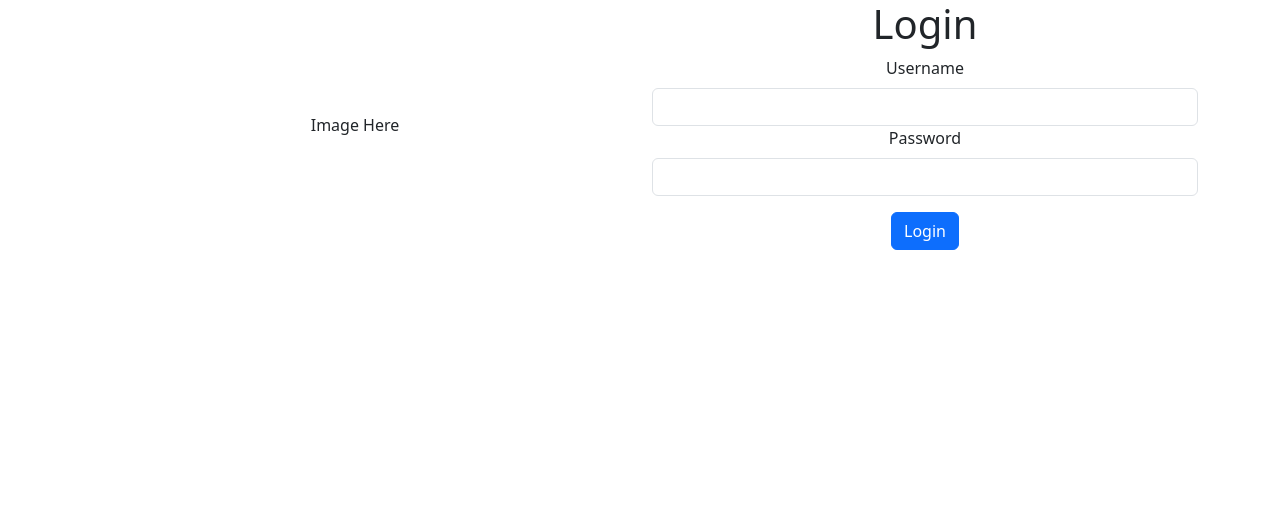
Repository: oboioz/SimpleTodoApp
Page: / (app in SimpleTodoAppFrontEnd/todo-app/)
These files come from the project's save history. The page is drawn as it stood at one moment and after the next save; the edit follows.
The browser window is 1280 px wide. The pictures show the whole page.
The project was rebuilt for these pictures with package versions that can differ from the ones it lists, and the page was loaded fresh each time.

Above is the page before, as saved 2024-04-03 19:53:30.

After the next save:
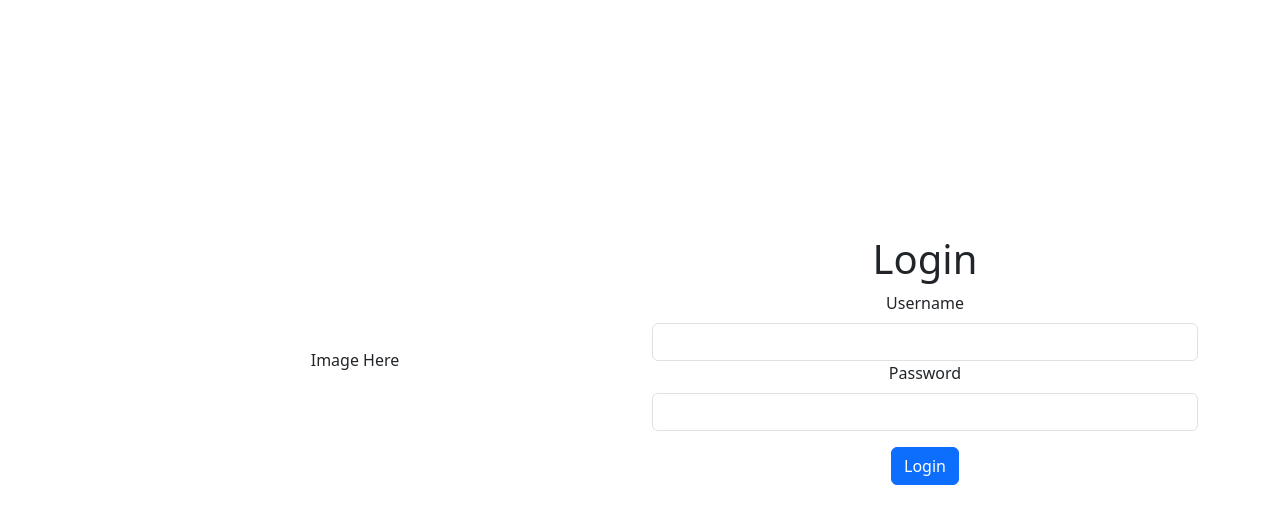
Saved 11 s later.
--- a/SimpleTodoAppFrontEnd/todo-app/src/components/todo/Login/LoginStyle.css
+++ b/SimpleTodoAppFrontEnd/todo-app/src/components/todo/Login/LoginStyle.css
@@ -1 +1,6 @@
-.row
+.row {
+    display: flex;
+    justify-content: center;
+    align-items: center;
+    height: 100vh;
+}
